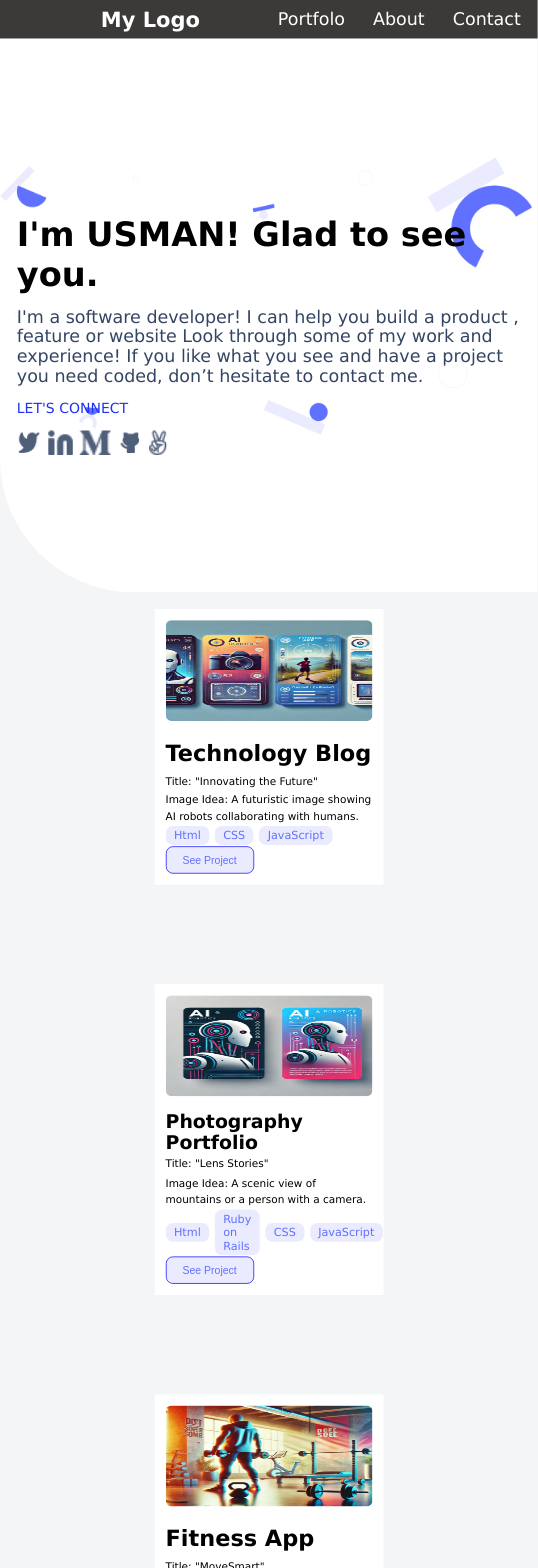
Repository: usman3123/portfolio-template-3
Page: portfolio.html
The author's editor kept a copy of each file at every save. The page is drawn from the files as they stood at one save, then again after the next save.
The browser window is 768 px wide. The pictures show the part of the page from y = 0 to 2240 px (the page is 5092 px tall), at 70% of full size.
Some web libraries are served in a nearby version.

Above is the page before, as saved 2025-01-29 12:07:13.
Not found: index.js

After the next save:
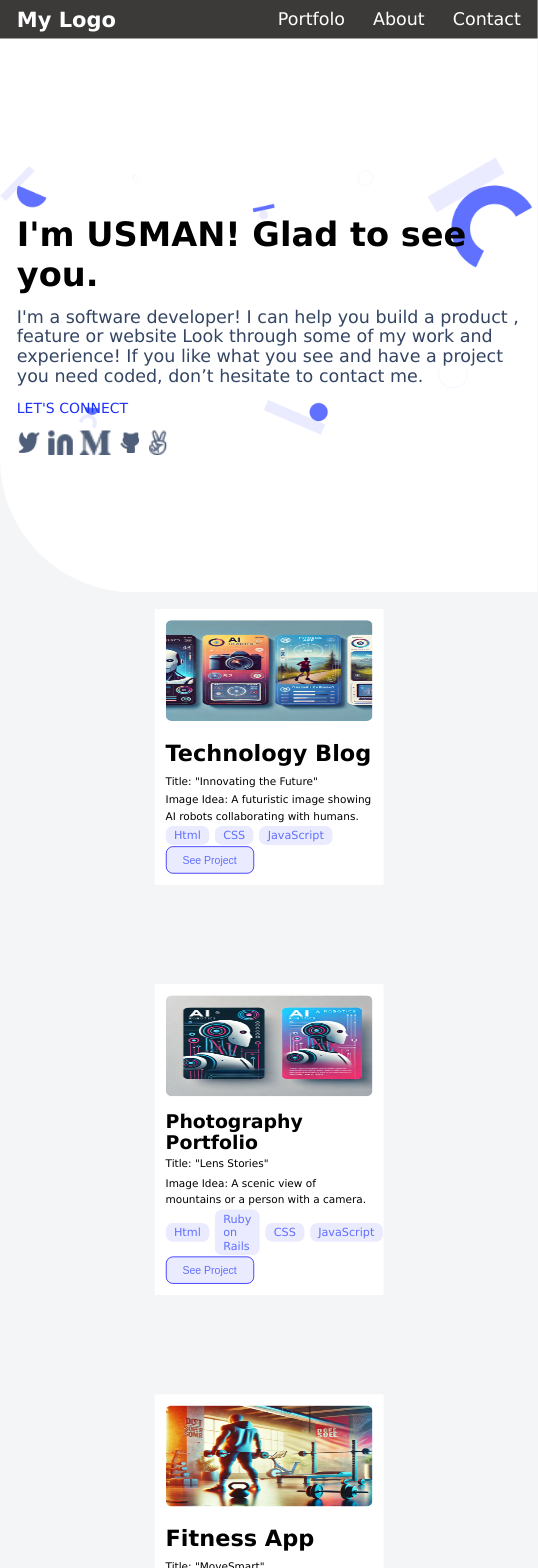
Saved 61 s later.
--- a/style.css
+++ b/style.css
@@ -328,6 +328,10 @@ body {
     .about {
         flex-direction: column;
     }
+    .nav-heading {
+        padding-left: 0px;
+    }
+
 
 }
 @media (max-width : 870px) {
